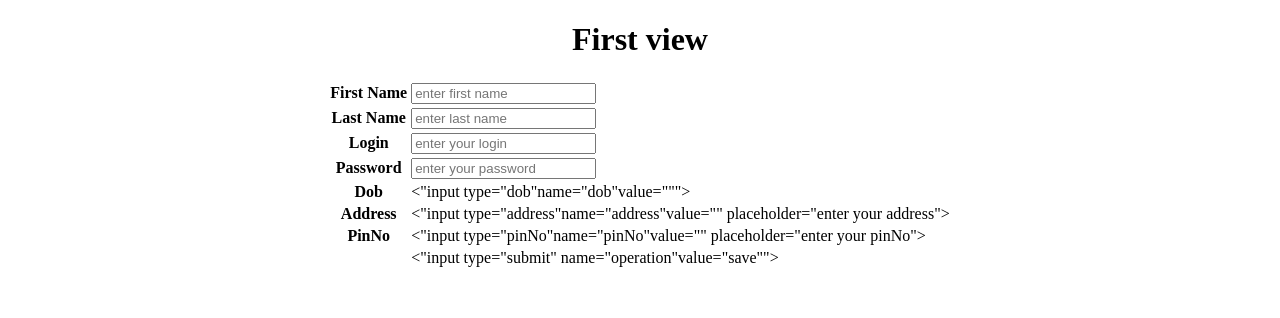
Repository: Deepak9669/JSP-Servlet
Page: http://localhost/Dynamic-Web-Project/FirstView.jsp
These files come from the project's save history. The page is drawn as it stood at one moment and after the next save; the edit follows.
The browser window is 1280 px wide. The pictures show the whole page.
The page is served by Tomcat 9. Other server files are loaded and not shown.

Above is the page before, as saved 2025-09-29 15:01:37.

### Dynamic-Web-Project/WebContent/FirstView.jsp
<%@ page language="java" contentType="text/html; charset=ISO-8859-1"
    pageEncoding="ISO-8859-1"%>
<!DOCTYPE html>
<html>
<head>
<meta charset="ISO-8859-1">
<title>Insert title here</title>
</head>
<body>
<div align="center">

<h1>First view</h1>

  <form action="">

   <table>
      <tr>
      <th>First Name</th>
       <td><input type="text"name="firstName"value="" placeholder="enter first name"></td>

      </tr>
            <tr>
      <th>Last Name</th>
       <td><input type="text"name="lastName"value="" placeholder="enter last name"></td>

      </tr>
            <tr>
      <th>Login</th>
       <td><input type="email"name="login"value="" placeholder="enter your login"></td>

      </tr>
            <tr>
      <th>Password</th>
       <td><input type="password"name="password"value="" placeholder="enter your password"></td>

      </tr>
            <tr>
      <th>Dob</th>
       <td><"input type="dob"name="dob"value="""></td>

      </tr>
            <tr>
      <th>Address</th>
       <td><"input type="address"name="address"value="" placeholder="enter your address"></td>

      </tr>
            <tr>
      <th>PinNo</th>
       <td><"input type="pinNo"name="pinNo"value="" placeholder="enter your pinNo"></td>

      </tr>
      <th></th>
      <td><"input type="submit" name="operation"value="save""></td>



   </table>

  </form>

</div>
</body>
</html>

After the next save:
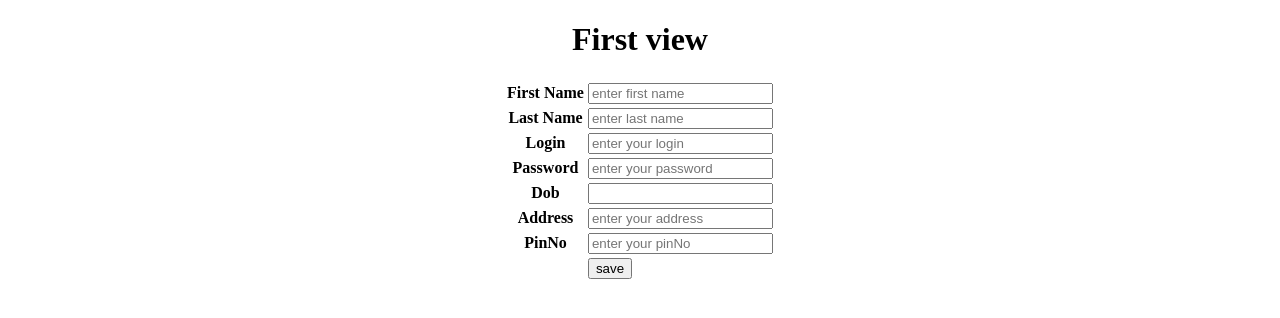
Saved 99 s later.
--- a/Dynamic-Web-Project/WebContent/FirstView.jsp
+++ b/Dynamic-Web-Project/WebContent/FirstView.jsp
@@ -36,21 +36,21 @@
       </tr>
             <tr>
       <th>Dob</th>
-       <td><"input type="dob"name="dob"value="""></td>
+       <td><input type="dob"name="dob"value="""></td>
 
       </tr>
             <tr>
       <th>Address</th>
-       <td><"input type="address"name="address"value="" placeholder="enter your address"></td>
+       <td><input type="address"name="address"value="" placeholder="enter your address"></td>
 
       </tr>
             <tr>
       <th>PinNo</th>
-       <td><"input type="pinNo"name="pinNo"value="" placeholder="enter your pinNo"></td>
+       <td><input type="pinNo"name="pinNo"value="" placeholder="enter your pinNo"></td>
 
       </tr>
       <th></th>
-      <td><"input type="submit" name="operation"value="save""></td>
+      <td><input type="submit" name="operation"value="save""></td>
 
 
 
